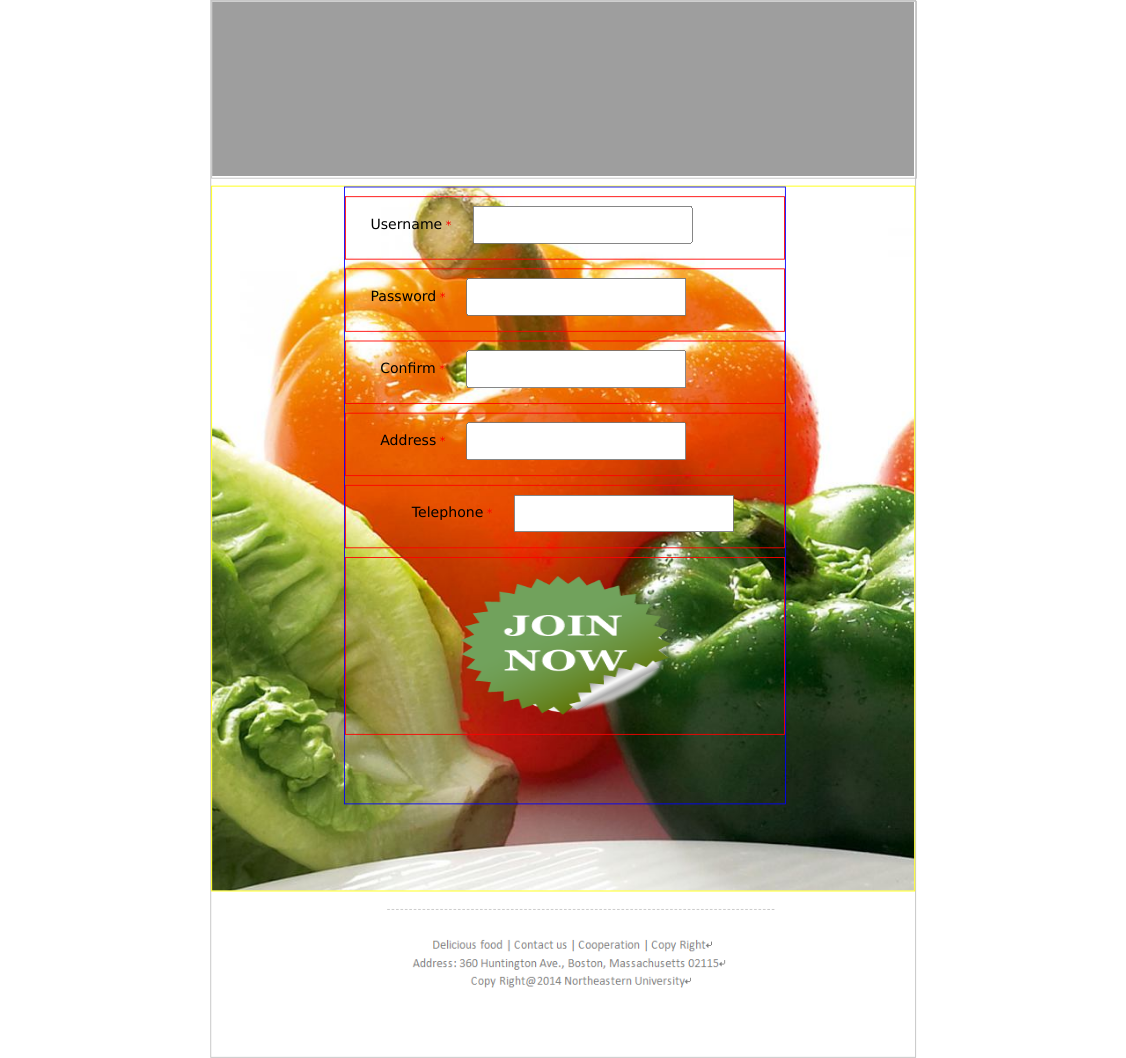
Repository: tanpf5/Gastronomist
Page: http://localhost/Gastronomist/signup.jsp
These files come from the project's save history. The page is drawn as it stood at one moment and after the next save; the edit follows.
The browser window is 1280 px wide. The pictures show the whole page, at 88% of full size.
The page is served by Tomcat 9. Other server files are loaded and not shown.

Above is the page before, as saved 2014-12-02 07:36:44.

### Gastronomist/WebRoot/signup.jsp
<%@ page language="java" import="java.util.*" pageEncoding="ISO-8859-1"%>
<%
String path = request.getContextPath();
String basePath = request.getScheme()+"://"+request.getServerName()+":"+request.getServerPort()+path+"/";
%>

<!DOCTYPE HTML PUBLIC "-//W3C//DTD HTML 4.01 Transitional//EN">
<html>
  <head>
    <base href="<%=basePath%>">

    <title>Gastronomist</title>
    <script type="text/javascript">
  function submit()
  {document.myfrom.submit();}
  </script>
	<meta http-equiv="pragma" content="no-cache">
	<meta http-equiv="cache-control" content="no-cache">
	<meta http-equiv="expires" content="0">
	<meta http-equiv="keywords" content="keyword1,keyword2,keyword3">
	<meta http-equiv="description" content="This is my page">
	<link href="css/signup.css" type="text/css" rel="stylesheet">

  </head>
  <body>
<div class="top-blank"><img src="images/13.jpg"></img></div>
<div class="background-register">
<form action="signup.do" method=post>
<div class="register-blank">
<div class="Username"><div class="Username-helper">
 <font size="3" style="font-family:verdana">Username</font>
 <font size="2" style="font-family:verdana;color:red">*</font>
 <input type="text"maxlength=16; name="uid"style="width:250px;height:43px;margin-left:20px;">
 </div>
 </div>
<div class="PassWord"><div class="PassWord-helper">
<font size="3" style="font-family:verdana">Password</font>
<font size="2" style="font-family:verdana;color:red">*</font>
<input type="password" maxlength=16; name="password"style="width:250px;height:43px;margin-left:20px;">
</div></div>
<div class="Confirm"><div class="Confirm-helper">
<font size="3" style="font-family:verdana">Confirm</font>
<font size="2" style="font-family:verdana;color:red">*</font>
<input type="password" maxlength=16; name="confirm"style="width:250px;height:43px;margin-left:20px;">
</div></div>
<div class="Address"><div class="Address-helper">
<font size="3" style="font-family:verdana">Address</font>
<font size="2" style="font-family:verdana;color:red">*</font>
<input type="text"name="address"style="width:250px;height:43px;margin-left:20px;">
</div></div>
<div class="Tel"><div class="Tel-helper">
<font size="3" style="font-family:verdana">Telephone</font>
<font size="2" style="font-family:verdana;color:red">*</font>
<input type="text"name="tel"style="width:250px;height:43px;margin-left:20px;">
</div></div>
<div class="register-button"><img src="images/14.png"onclick="submit()"></img></div>
</div>
</form>
</div>
<div class="interpertation"><img src="images/5.png" ></img></div>
</body>
</html>

### Gastronomist/WebRoot/css/signup.css

/*网页整体*/
body{
   width:800px;
   height:1200px;
   margin:0 auto;
   border:1px solid silver;
}
/*网页上部空白*/
.top-blank{
    width:800px;
    height:200px;
    margin:0 auto;
    float:left;
    border:1px solid silver;
}
.top-blank img{
  width:798px;
  height:198px;
}
.background-register{
  width:798px;
  height:800px;
  border:1px solid yellow;
  margin-top:210px;
  background-image:url(16.jpg);
}
.register-blank{
   width:500px;
   height:700px;
   border:1px solid blue;
   float:left;
   margin-left:150px;
   margin-top:0px;}
.Username{
   width:498px;
   height:70px;
   border:1px solid red;
   margin-top:10px;
}
.PassWord{
   width:498px;
   height:70px;
   border:1px solid red;
   margin-top:10px;
}
.PassWord-helper{
   width:400px;
   height:70px;
   margin-top:10px;
   margin-left:28px;
}
.Confirm{
   width:498px;
   height:70px;
   border:1px solid red;
   margin-top:10px;
}
.Confirm-helper{
   width:400px;
   height:70px;
   margin-top:10px;
   margin-left:39px;
}
.Address{
   width:498px;
   height:70px;
   border:1px solid red;
   margin-top:10px;
}
.Address-helper{
   width:400px;
   height:70px;
   margin-top:10px;
   margin-left:39px;
}
.Tel{
   width:498px;
   height:70px;
   border:1px solid red;
   margin-top:10px;
}
.register-button{
   width:498px;
   height:200px;
   border:1px solid red;
   margin-top:10px;
}
.register-button img{
   width:300px;
   height:200px;
   margin-left:100px;
}
.Tel-helper{
   width:400px;
   height:70px;
   margin-top:10px;
   margin-left:75px;
}
.Username-helper{
   width:400px;
   height:70px;
   margin-top:10px;
   margin-left:28px;
}

.login-button{
   width:320px;
   height:80px;
   border:1px solid blue;
   float:left;
   margin-left:20px;
}
.register{
   width:320px;
   height:80px;
   border:1px solid blue;
   float:left;
   margin-left:20px;
}
.login-blank2-helper{
   width:358px;
   height:110px;
  border:1px solid yellow;
   float:left;
}
.login-blank2-helper image{
   width:100px;
   height:200px;
}
.main-page-pic{
   width:600px
   height:500px;
   float:left;
 /*  border:1px solid silver; */
   margin-left:20px;
   }
.main-page-pic img{
   width:580px;
   height:499px;
   margin-left:20px;
}
.interpertation {
  width:440px;
  height:160px;
  border-top:1px dashed silver;
  float:left;
  margin-left:200px;
  margin-top:20px;
}
.interpertation image{
  width:200px;
  height:200px;
}
/*网页中部分*/
.div2{
    width:800px;
	height:600px;
	border-bottom:1px dashed silver;
	margin:0 auto;

}
.div3{
    width:350px;
	height:117px;
	/*border:1px solid red;*/
	margin-left:540px;
	margin-top:90px;
}
.style1{
    margin:0 auto;
    color:red;
    font-size:70px;
    /*background-color:yellow;*/
}
.logo{
    width:250px;
	height:91px;
	float:left;

}
.logo img{
    width:220px;
	height:90px;
}
.logo2{
   width:200px;
   height:60px;
   float:left;
   margin-left:220px;
   margin-top:10px;
}
.logo2 img{
   width:200px;
   height:45px;
}
/*网站中部超链接*/
.div4{
   margin-top:30px;
   width:800px;
   height:85px;
   border-bottom:1px dashed silver;

}
.div5{
  padding-left:50px;
  width:200px;
  height:120px;
  float:left;
}
.div6{
  width:180px;
  height:70px;
  float:left;
  border-left:1px solid silver;
}
.div7{
  width:180px;
  height:70px;
  float:left;
  border-left:1px solid silver;
}
.div8{
  width:180px;
  height:70px;
  float:left;
  border-left:1px solid silver;
}
a:link{
        margin-left:30px;
	font-size:30px;
	text-decoration:none;
}
a:hover{
	font-size:35px;
}
.div9{
   width:800px;
   height:400px;
   margin-top:20px;
   text-align: left;

}
.div10{
  width:190px;
  height:400px;
  float:left;
  padding-left:20px;
}
.div11{
  width:188px;
  height:50px;
  border-bottom:1px solid silver;
}
.div12{
  width:100px;
  height:30px;
  padding-left:50px;
  padding-top:14px;
}
.div12 span{
      font-size:16px;

}
.div13{
 width:190px;
 height:55px;
 border-bottom:1px solid silver;
}
.div14{
 padding-top:10px;
 width:190px;
 height:340px;
}
.div15{
  padding-left:3px;
  width:180px;
  height:150px;
}
.div16{
  width:180px;
  height:150px;
  border:1px solid silver;
  padding-left:5px;
}
.div16 img{
  width:180px;
  height:150px;
}
.div15 span{
  font-size:5px;
}
.dibushuoming{
  width:1000px;
  height:200px;
  padding-left:250px;
  padding-top:15px;
}
.div18{
 width:60px;
 height:400px;
 float:left;
}

After the next save:
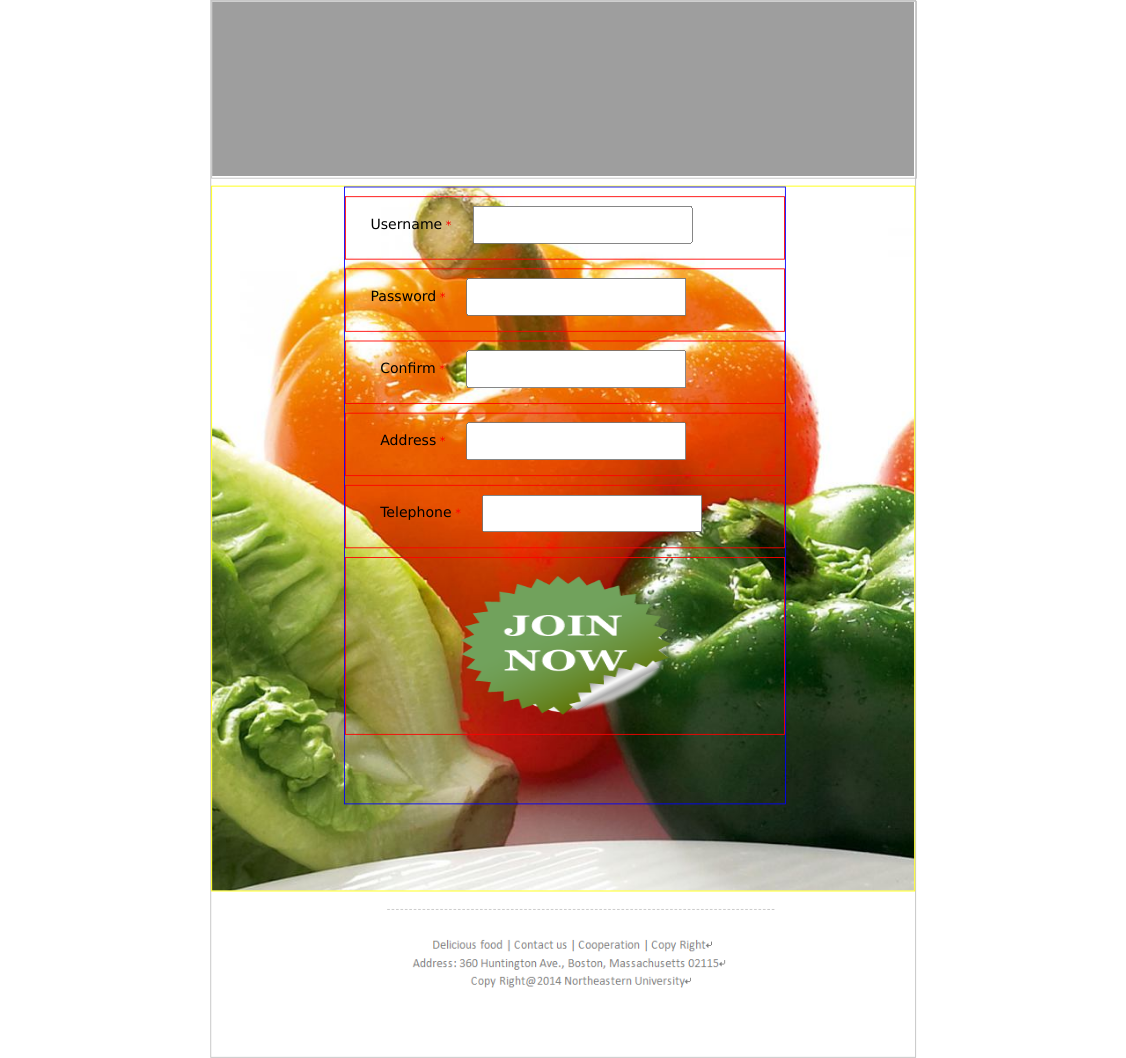
Saved 82 s later.
--- a/Gastronomist/WebRoot/css/signup.css
+++ b/Gastronomist/WebRoot/css/signup.css
@@ -95,7 +95,7 @@
    width:400px;
    height:70px;
    margin-top:10px;
-   margin-left:75px;
+   margin-left:39px;
 }
 .Username-helper{
    width:400px;
